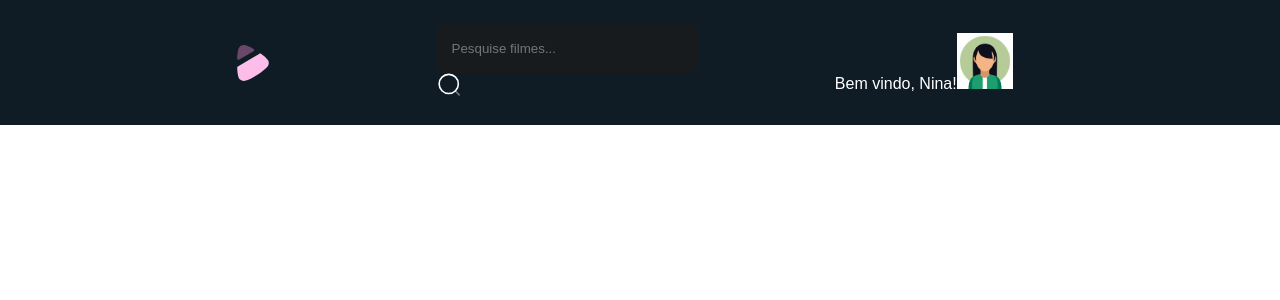
Repository: MilenaMelo/Cubos-Flix
Page: / (app in cubos-flix/)
These files come from the project's save history. The page is drawn as it stood at one moment and after the next save; the edit follows.
The browser window is 1280 px wide. The pictures show the whole page.
The project was rebuilt for these pictures with package versions that can differ from the ones it lists, and the page was loaded fresh each time.

Above is the page before, as saved 2021-06-19 13:25:20.

After the next save:
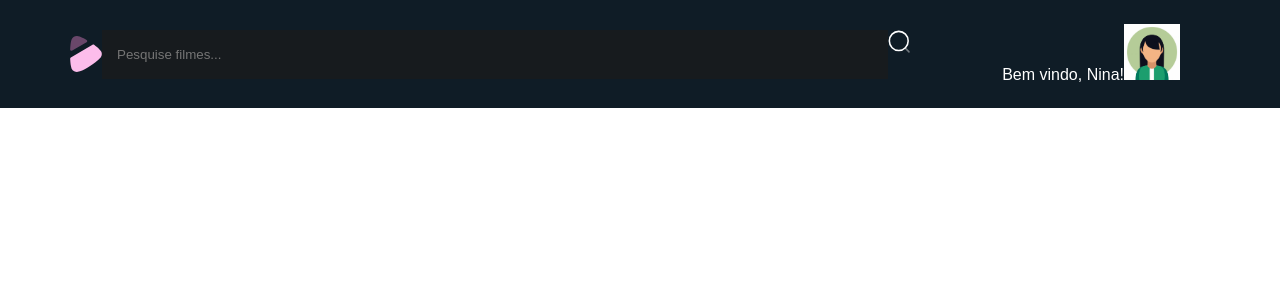
Saved 29 s later.
--- a/cubos-flix/src/components/Navbar/style.css
+++ b/cubos-flix/src/components/Navbar/style.css
@@ -8,7 +8,10 @@
 }
 
 .search-container {
-
+    flex-grow: 1;
+    position: relative;
+    display: flex;
+    margin-right: 92px;
 }
 
 .search-input {
